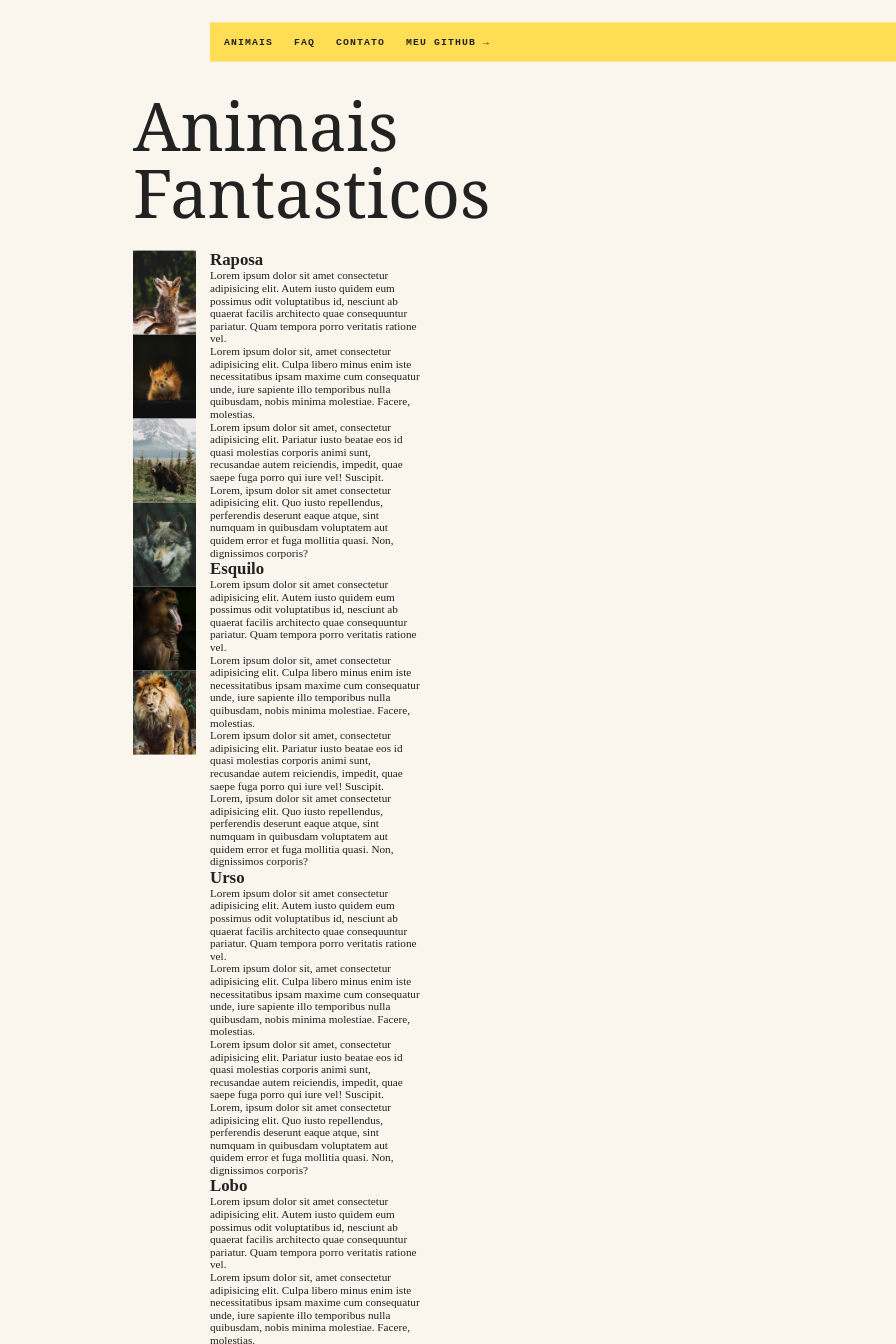
Repository: meiotera/animaisPagina
Page: index.html
The author's editor kept a copy of each file at every save. The page is drawn from the files as they stood at one save, then again after the next save.
The browser window is 1280 px wide. The pictures show the part of the page from y = 0 to 1920 px (the page is 4276 px tall before and 4308 px after), at 70% of full size.

Above is the page before, as saved 2025-05-02 10:02:18.

After the next save:
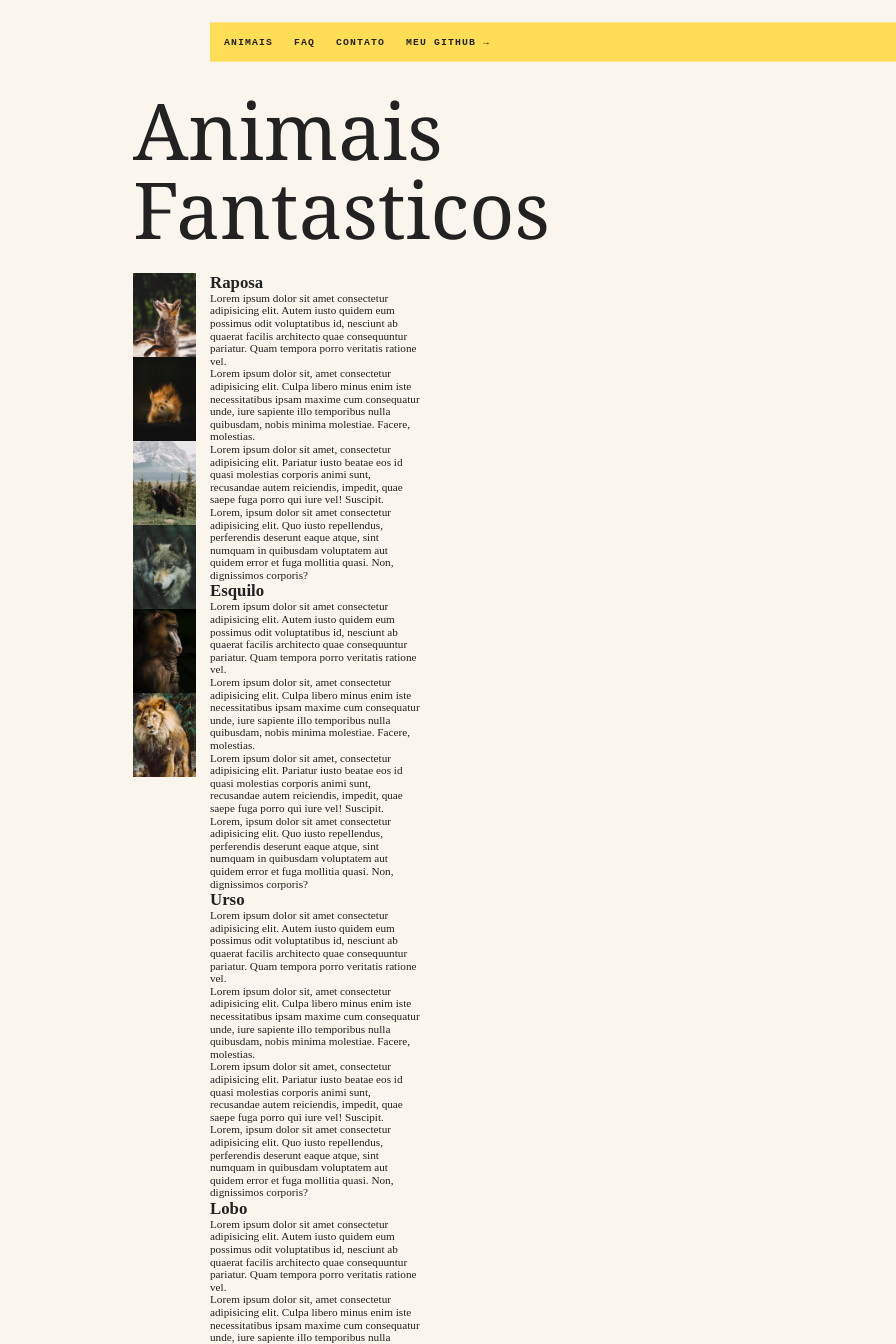
Saved 30 s later.
--- a/css/style.css
+++ b/css/style.css
@@ -69,7 +69,7 @@
 
 .titulo {
   font-family: Georgia, 'Times New Roman', Times, serif;
-  font-size: 6rem;
+  font-size: 7rem;
   line-height: 1;
   font-weight: normal;
   margin-bottom: 1rem;
